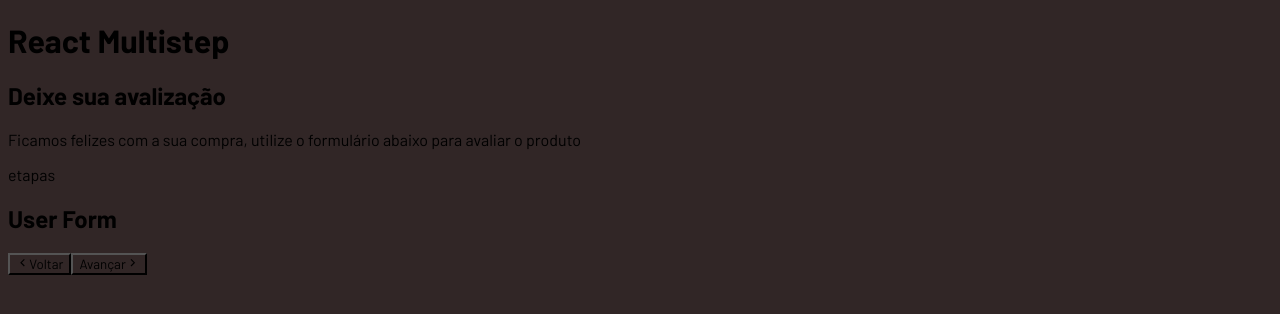
Repository: Bitroia/multistep_form_react
Page: / (app in multistep_form_react/)
The author's editor kept a copy of each file at every save. The page is drawn from the files as they stood at one save, then again after the next save.
The browser window is 1280 px wide. The pictures show the whole page.
The project was rebuilt for these pictures with package versions that can differ from the ones it lists, and the page was loaded fresh each time. Also part of the build but not shown: multistep_form_react/vite.config.js, multistep_form_react/src/components/ReviewForm.jsx, multistep_form_react/src/components/Thanks.jsx, multistep_form_react/src/App.css.

Above is the page before, as saved 2026-06-11 21:01:45.

After the next save:
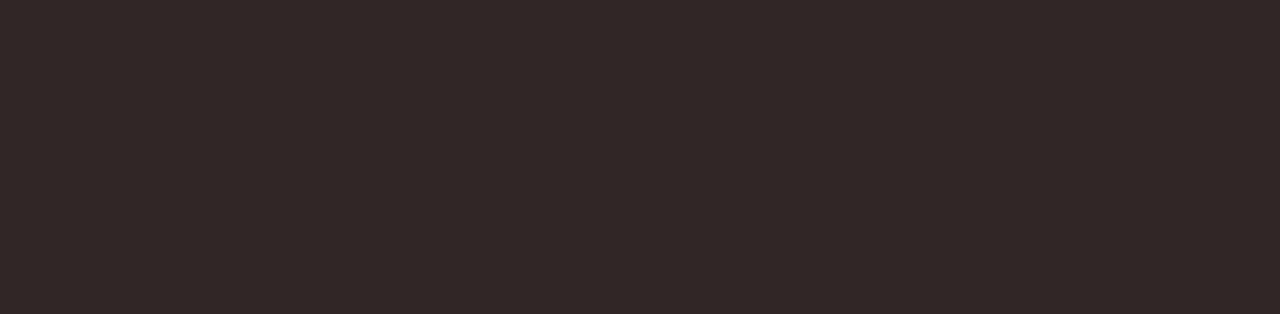
Console error: ReferenceError: consolel is not defined
Saved 3 min 9 s later.
--- a/multistep_form_react/src/App.jsx
+++ b/multistep_form_react/src/App.jsx
@@ -15,6 +15,8 @@
   const formComponents = [<UserForm />, <ReviewForm />, <Thanks />];
 
   const { currentStep, currentComponent, changeStep } = useForm(formComponents);
+
+  consolel.log()
 
   return (
     <div className="App">

After the 2 saves that followed:
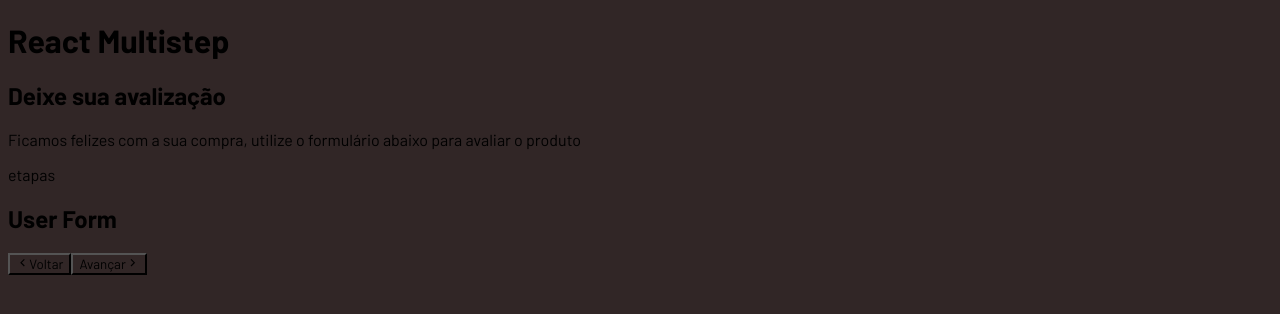
The error is gone.
The 2 saves are shown as one change because 1 left the picture as it was.
The last was saved 14 s later.
--- a/multistep_form_react/src/App.jsx
+++ b/multistep_form_react/src/App.jsx
@@ -16,7 +16,7 @@
 
   const { currentStep, currentComponent, changeStep } = useForm(formComponents);
 
-  consolel.log()
+  console.log(currentStep)
 
   return (
     <div className="App">
